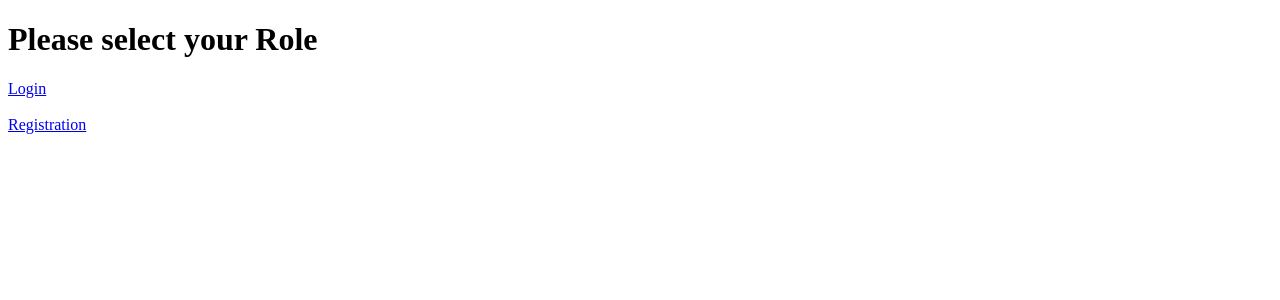
Repository: kkale14/My_allpr
Page: Kalyani1/src/main/webapp/Home.html
An editor plug-in stored every save of this project. The page is shown before and after the next save, followed by the edit.
The browser window is 1280 px wide. The pictures show the whole page.

Above is the page before, as saved 2025-03-05 08:14:00.

After the next save:
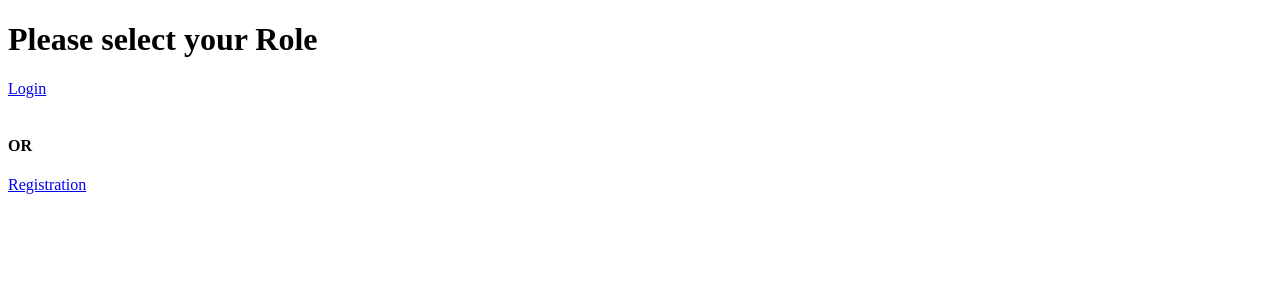
Saved 29 s later.
--- a/Kalyani1/src/main/webapp/Home.html
+++ b/Kalyani1/src/main/webapp/Home.html
@@ -9,7 +9,7 @@
 <h1>Please select your Role</h1>
 
 <a type="button" href="Logintab.html" >Login</a> <br/><br/>
-
+<h4>OR</h4>
 <a type="button" href="Reg.html" >Registration</a>
 
 
